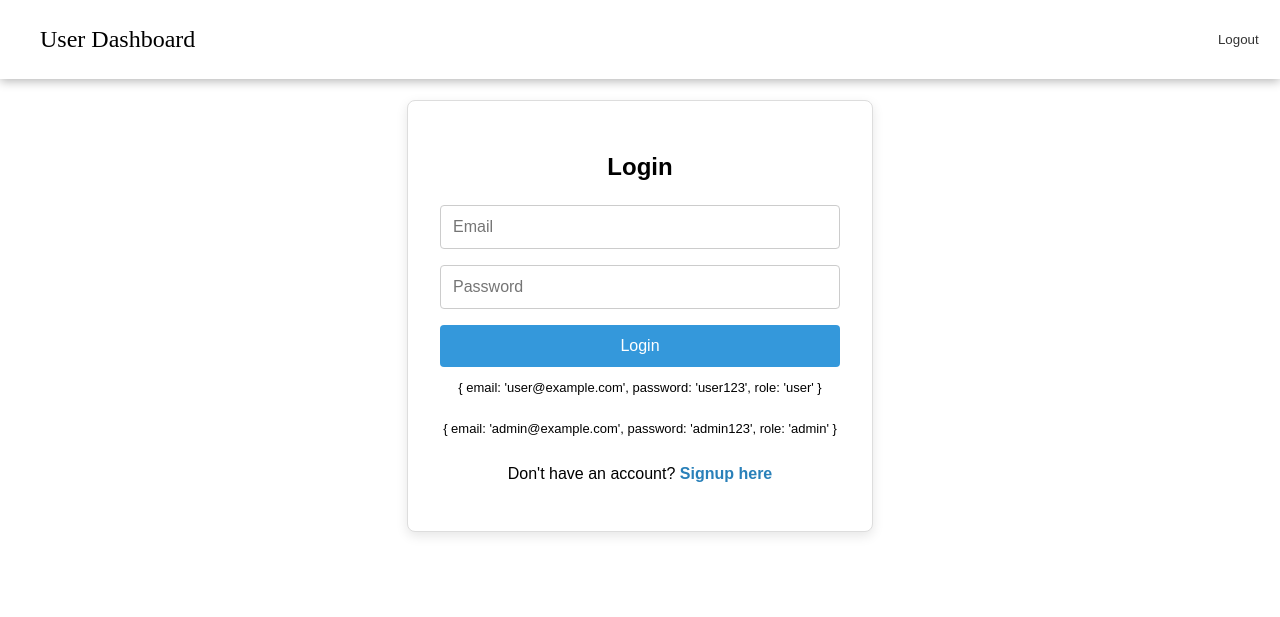
Repository: Edmund-Kiama/todoPHP
Page: / (app in task-manager-frontend/)
An editor plug-in stored every save of this project. The page is shown before and after the next save, followed by the edit.
The browser window is 1280 px wide. The pictures show the whole page.
The project was rebuilt for these pictures with package versions that can differ from the ones it lists, and the page was loaded fresh each time. Also part of the build but not shown: task-manager-frontend/vite.config.js, task-manager-frontend/src/components/Admin/admin.css, task-manager-frontend/src/components/Admin/AdminDashboard.vue, task-manager-frontend/src/components/User/user.css, task-manager-frontend/src/components/User/UserDashboard.vue, task-manager-frontend/src/components/Auth/signup.css, task-manager-frontend/src/components/Auth/Signup.vue.

Above is the page before, as saved 2025-07-12 23:13:48.

After the next save:
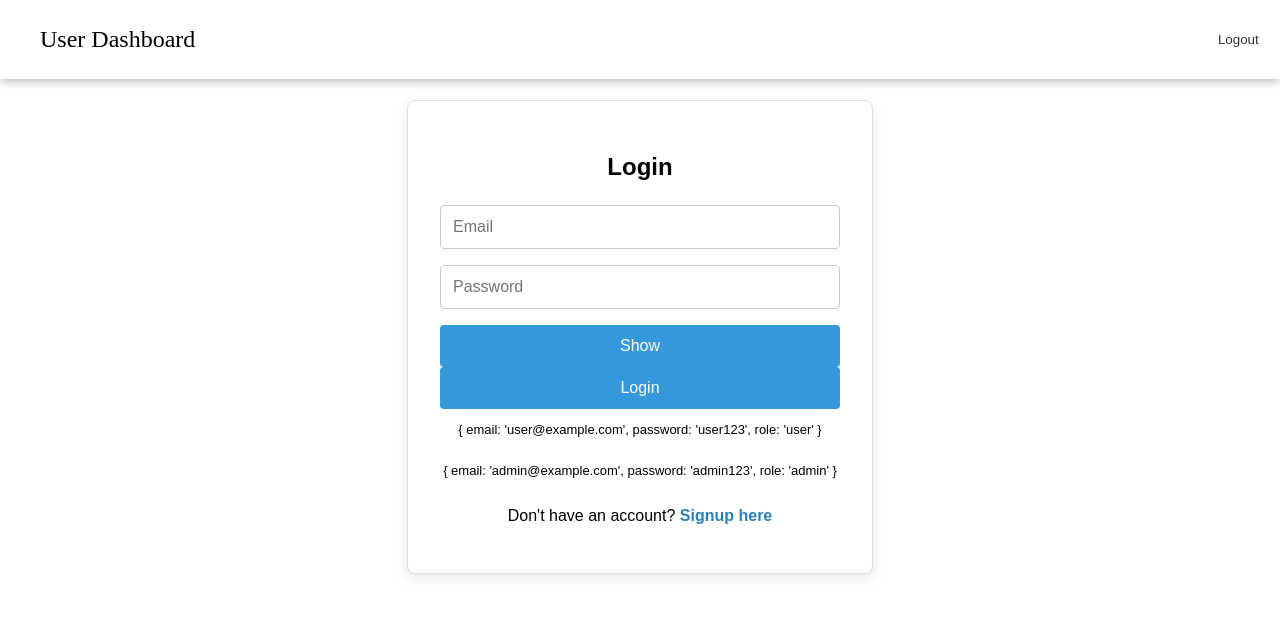
Saved 54 s later.
--- a/task-manager-frontend/src/components/Auth/Login.vue
+++ b/task-manager-frontend/src/components/Auth/Login.vue
@@ -74,6 +74,9 @@
         <form @submit.prevent="login">
             <input v-model="email" placeholder="Email" required />
             <input :type="showPassword ? 'text' :'password'" v-model="password" placeholder="Password" required />
+            <button type="button" @click="showPassword = !showPassword">
+  {{ showPassword ? 'Hide' : 'Show' }}
+</button>
             <button>Login</button>
             <p v-if="error" class="error">{{ error }}</p>
             <p class="descr">{ email: 'user@example.com', password: 'user123', role: 'user' }</p>
